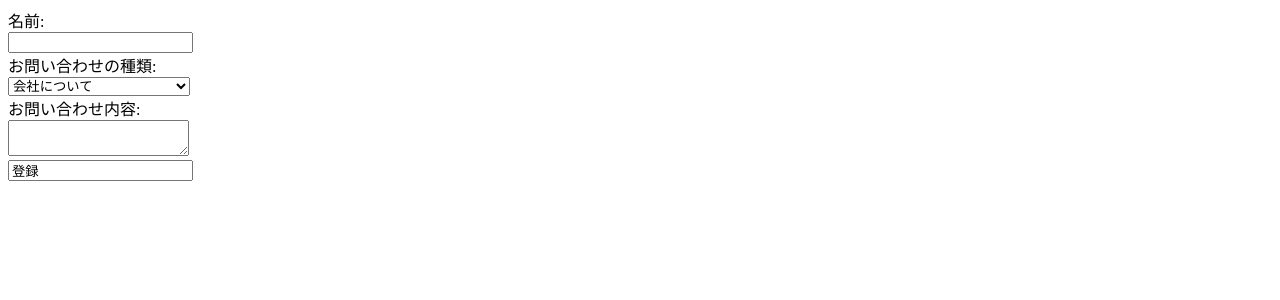
Repository: akira44441111/test
Page: http://localhost/HelloServlet/inquiry.jsp
These files come from the project's save history. The page is drawn as it stood at one moment and after the next save; the edit follows.
The browser window is 1280 px wide. The pictures show the whole page.
The page is served by Tomcat 9. Other server files are loaded and not shown.

Above is the page before, as saved 2018-09-26 01:21:41.

### HelloServlet/WebContent/inquiry.jsp
<%@ page language="java" contentType="text/html; charset=UTF-8"
    pageEncoding="UTF-8"%>
<!DOCTYPE html>
<html>
<head>
<meta charset="UTF-8">
<title>お問い合わせフォーム</title>
</head>
<body>

    <form method="post" action="InquiryServlet">
       名前:<br> <input type="text" name="name"><br>
       お問い合わせの種類:<br> <select name="qtype">
         <option value="company">会社について</option>
         <option value="product">製品について</option>
         <option value="support">アフターサポートについて</option>

       </select><br>お問い合わせ内容:<br>

       <textarea name="body">
    </textarea>
       <br> <input ttype="submit" value="登録">

    </form>



</body>
</html>

After the next save:
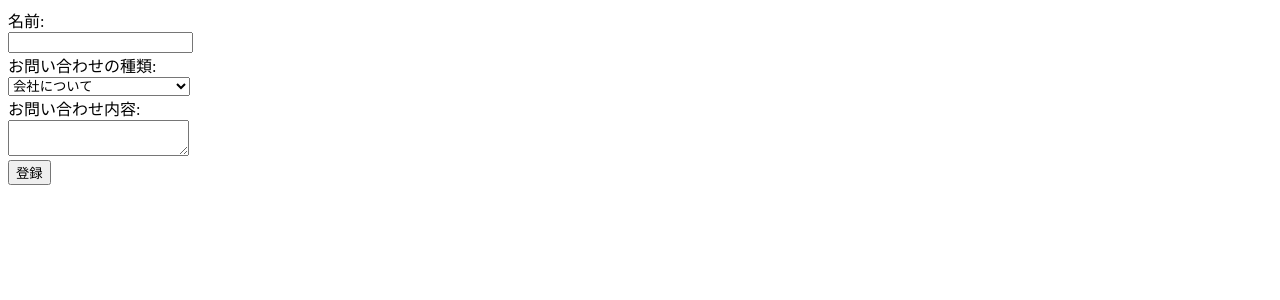
Saved 2 min 8 s later.
--- a/HelloServlet/WebContent/inquiry.jsp
+++ b/HelloServlet/WebContent/inquiry.jsp
@@ -19,7 +19,7 @@
 
        <textarea name="body">
     </textarea>
-       <br> <input ttype="submit" value="登録">
+       <br> <input type="submit" value="登録">
 
     </form>
 
